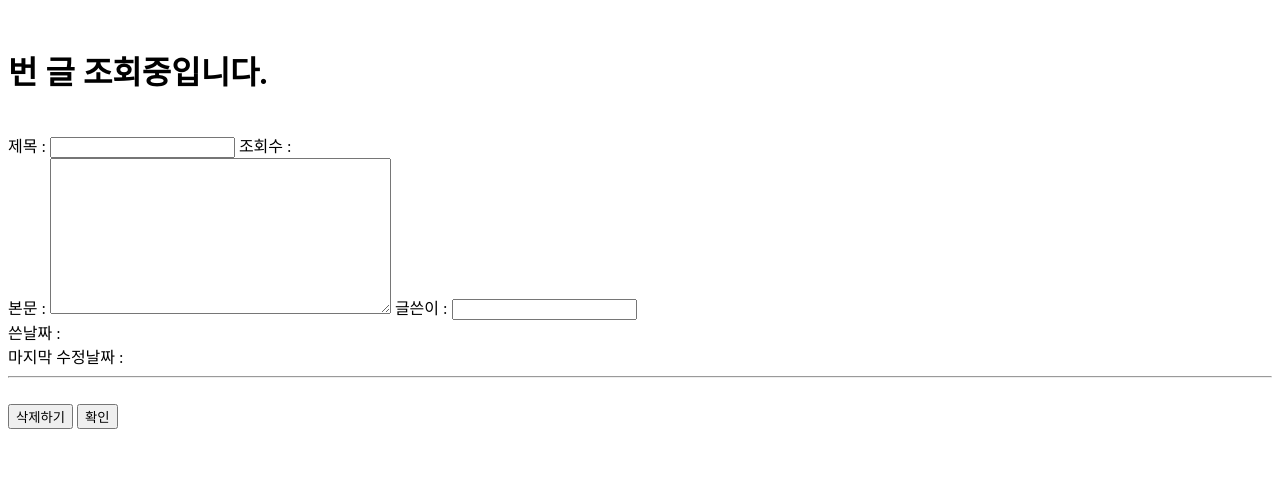
Repository: HeeMang28/jsp2
Page: http://localhost/MyFirstWeb/board/boardDetail.jsp
The author's editor kept a copy of each file at every save. The page is drawn from the files as they stood at one save, then again after the next save.
The browser window is 1280 px wide. The pictures show the whole page.
The page is served by Tomcat 9. The template is opened directly, without the code that normally fills it, so the values that code supplies are empty.

Above is the page before, as saved 2022-04-21 09:11:44.

After the next save:
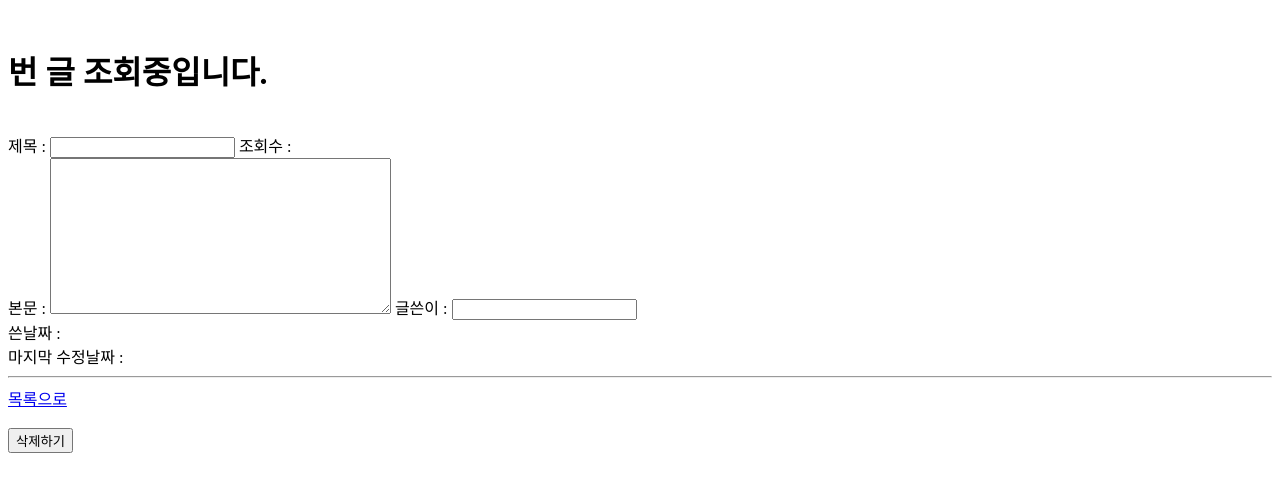
Saved 70 s later.
--- a/MyFirstWeb/src/main/webapp/board/boardDetail.jsp
+++ b/MyFirstWeb/src/main/webapp/board/boardDetail.jsp
@@ -15,12 +15,12 @@
 	쓴날짜 : ${board.bDate } <br/>
 	마지막 수정날짜 : ${board.mDate }<br/>
 	<hr/>
+	<buttion><a href="http://localhost:8181/MyFirstWeb/boardList">목록으로</buttion>
 	<!--  삭제번호를 서블릿 boardDelete로 보내야함 -->
 	<form action="http://localhost:8181/MyFirstWeb/boardDelete" method="post">
 	<!--  삭제용 글 번호는 노출시킬 필요가 없으므로 hidden타입으로 숨겨서 보냄 -->
 	<input type="hidden" name="board_num" value="${board.boardNum }"><br/>
 	<input type="submit" value="삭제하기" />
-	<input type="button" value= 확인 a="http://localhost:8181/MyFirstWeb/boardList">
 	</form>
 </body>
 </html>
